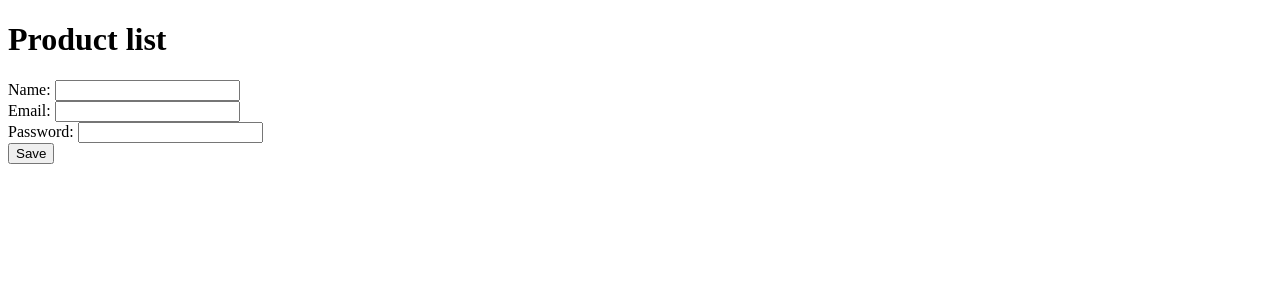
Repository: nguyenpr9/test1
Page: http://localhost/product-list.php
An editor plug-in stored every save of this project. The page is shown before and after the next save, followed by the edit.
The browser window is 1280 px wide. The pictures show the whole page.
The page is run by PHP 8.4 with error messages shown; the project is at /var/www/html/.

Above is the page before, as saved 2023-09-07 17:31:44.

After the next save:
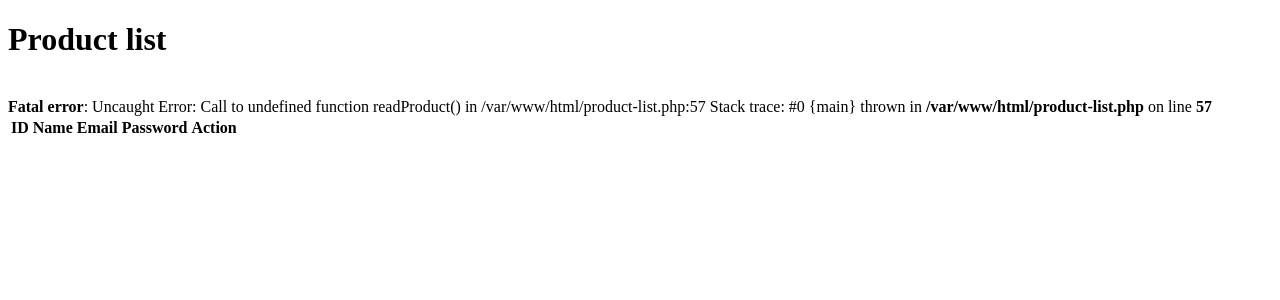
Saved 2 min 17 s later.
--- a/product-list.php
+++ b/product-list.php
@@ -24,7 +24,7 @@ if ($_SERVER['REQUEST_METHOD'] == 'POST') {
     }
 
     if ($isInvalid == false) {
-        createUser("./data/product.json", $name, $email, $password);
+        createUser("./data/user.json", $name, $email, $password);
         // quy lai login
         header("Location: login.php");
     }
@@ -43,7 +43,30 @@ if ($_SERVER['REQUEST_METHOD'] == 'POST') {
 <body>
     <h1>Product list</h1>
     <table>
-
+        <thead>
+            <tr>
+                <th>ID</th>
+                <th>Name</th>
+                <th>Email</th>
+                <th>Password</th>
+                <th>Action</th>
+            </tr>
+        </thead>
+        <tbody>
+            <?php
+            $data = readProduct();
+            foreach ($data as $value) {?>
+                <tr>
+                    <td><?= $value['id']?></td>
+                    <td><?= $value['name']?></td>
+                    <td><?= $value['email']?></td>
+                    <td><?= $value['password']?></td>
+                    <td>
+                        <a href="edit.php?id=<?= $value['id']?>">Edit</a>
+                        <a href="delete.php?id=<?= $value['id']?>">Delete</a>
+                    </td>
+                </tr>
+            <?php }?>
     </table>
     <form action="" method="POST">
         Name: <input type="text" name="name" />
